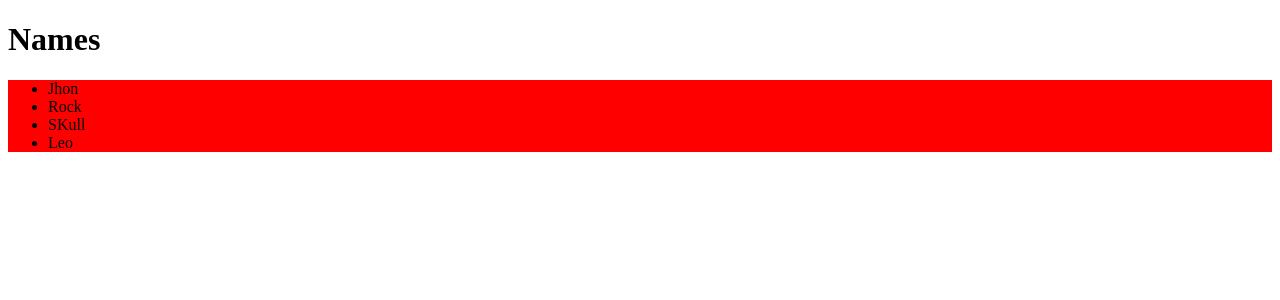
Repository: NithishKoriyar/phpprojectgh
Page: http://localhost/names.php
The author's editor kept a copy of each file at every save. The page is drawn from the files as they stood at one save, then again after the next save.
The browser window is 1280 px wide. The pictures show the whole page.
The page is run by PHP 8.4 with error messages shown; the project is at /var/www/html/.

Above is the page before, as saved 2022-12-14 12:43:10.

After the next save:
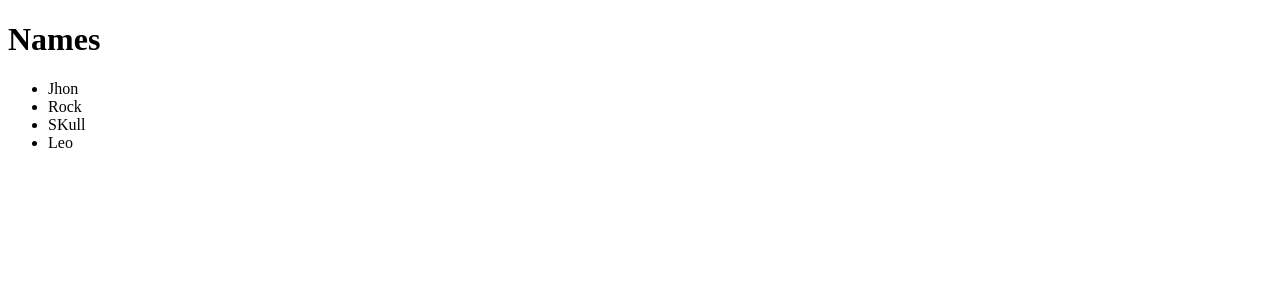
Saved 9 s later.
--- a/names.php
+++ b/names.php
@@ -10,12 +10,12 @@
     <title>Document</title>
     <style>
 
-        .more-names{
+        /* .more-names{
             background-color: red;
         }
         .some-names{
             background-color: green;
-        }
+        } */
         .n{
             color: red;
         }
